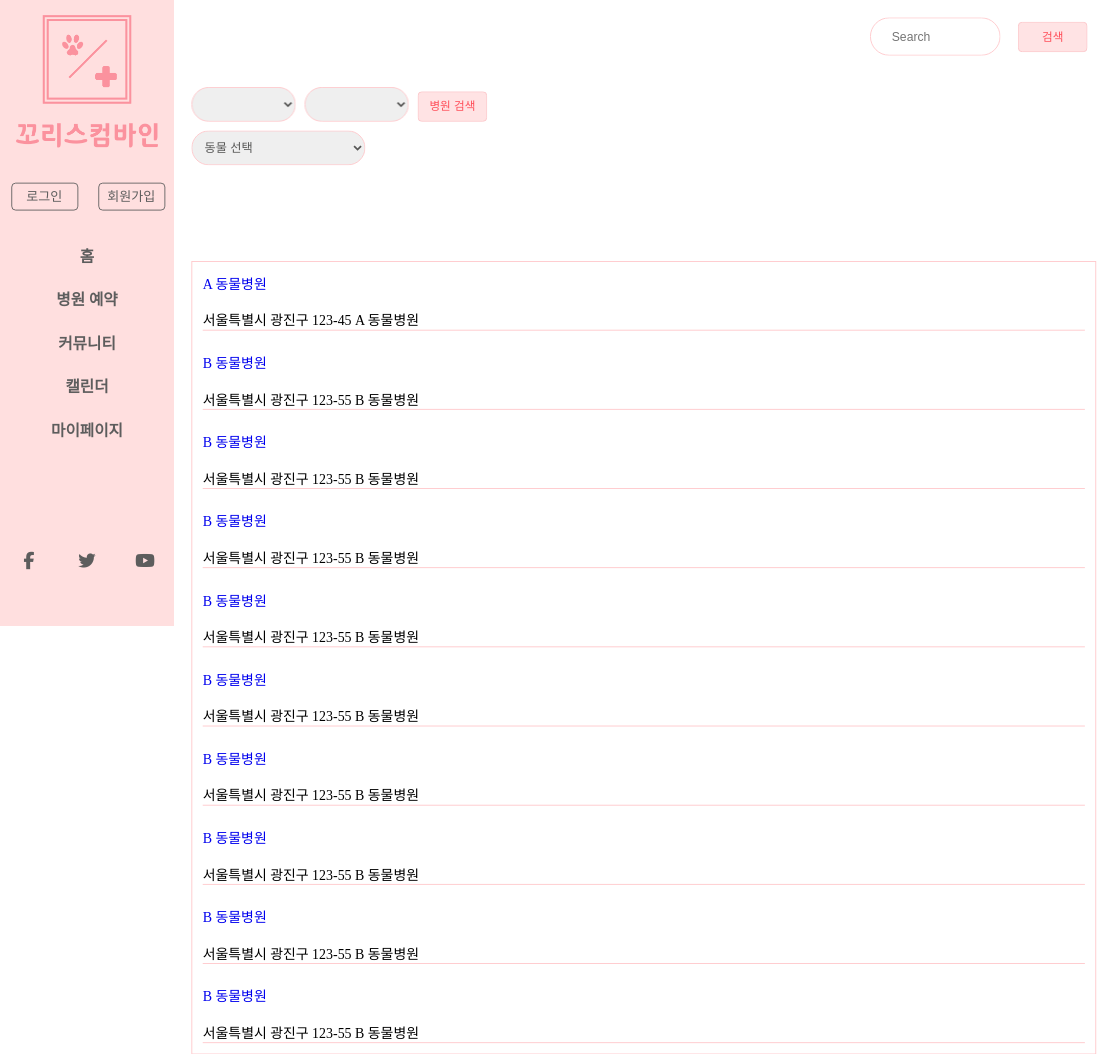
Repository: dodnam/kkoris
Page: http://localhost/1_kkoris/reservation1.jsp
The author's editor kept a copy of each file at every save. The page is drawn from the files as they stood at one save, then again after the next save.
The browser window is 1280 px wide. The pictures show the whole page, at 87% of full size.
Some web libraries are served in a nearby version. The page is served by Tomcat 9.

Above is the page before, as saved 2020-02-17 02:13:18.
Console error: TypeError: Cannot read properties of undefined (reading 'options')

### 1_kkoris/WebContent/reservation1.jsp
<%@ page language="java" contentType="text/html; charset=UTF-8"
    pageEncoding="UTF-8"%>
<!DOCTYPE html>
<html>
<head>
<meta charset="UTF-8">
<title>Insert title here</title>
<link rel="stylesheet" type="text/css" href="<%= request.getContextPath() %>/css/index.css"/>
<style>
	.search_input{width: 150px; padding: 12px 24px; font-size: 14px; line-height: 18px; color: #575756; background-size: 18px 18px; border-radius: 50px; backface-visibility: hidden; border: 1px solid #ffc6c9;position: fixed; right:130px; top: 20px; outline:none;}
   .search_box1{line-height: 30px; text-align: center; background-color: #ffe3e4; color:#ff4e59;border: 1px solid #fcc6c9; border-radius: 5px; width: 80px; height: 35px;  position: fixed;right: 30px; top: 25px; outline:none;}
   	#city{width: 120px; padding: 10px; font-size: 14px; line-height: 18px; color: #575756;background-size: 18px 10px; border-radius: 50px; border: 1px solid #ffc6c9;position: fixed; top: 100px; left:220px; outline:none;}
   	#gugun{width: 120px; padding: 10px; font-size: 14px; line-height: 18px; color: #575756;background-size: 18px 10px; border-radius: 50px; border: 1px solid #ffc6c9;position: fixed; top: 100px; left: 350px; outline:none;}
   	.search_box2{line-height: 30px; text-align: center; background-color: #ffe3e4; color:#ff4e59;border: 1px solid #fcc6c9; border-radius: 5px; width: 80px; height: 35px;  position: fixed;left: 480px; top: 105px; outline:none;}
   	.search_animal{width: 200px; padding: 10px; font-size: 14px; line-height: 18px; color: #575756;background-size: 18px 10px; border-radius: 50px; border: 1px solid #ffc6c9;position: fixed; top: 150px; left:220px; outline:none;}
   	.medical_departments{width: 200px; padding: 10px; font-size: 14px; line-height: 18px; color: #575756;background-size: 18px 10px; border-radius: 50px; border: 1px solid #ffc6c9;position: fixed; top: 200px; left:220px; outline:none;}
   	.hospital_list{border:1px solid #ffc6c9; overflow: auto; left:220px; right: 20px; bottom:50px;margin-top:300px; margin-left:20px; margin-right:20px;}
   	.hospital_list>ul>li{padding:12px;}
   	.hospital_list>ul>li::after{content: ''; display:block; border-bottom: 1px solid #ffc6c9; width:100%;}
   	.selectMenu dd:last-of-type>ul{display:none; position: absolute;background:#fff;}
   	.selectMenu dd:last-of-type.on>ul{display:block; padding: 10px 0;}
   	.selectMenu dd:last-of-type>ul>li{color:#ff4e59;}
   	.selectMenu dd:last-of-type>ul>li>ul{padding: 0 8px;}

</style>
	<script type="text/javascript">

		   // 지역 선택

		   var f_selbox = ["서울특별시","인천광역시","대전광역시","광주광역시","대구광역시","울산광역시","부산광역시","경기도","강원도","충청북도","충청남도","전라북도","전라남도","경상북도","경상남도","제주도"];
		   var s_selbox = new Array();
		   s_selbox[0] = ["강남구","강동구","강북구","강서구","관악구","광진구","구로구","금천구","노원구","도봉구","동대문구","동작구","마포구","서대문구","서초구","성동구","성북구","송파구","양천구","영등포구","용산구","은평구","종로구","중구","중랑구"];
		   s_selbox[1] = ["계양구","남구","남동구","동구","부평구","서구","연수구","중구","강화군","옹진군"];
		   s_selbox[2] = ["대덕구","동구","서구","유성구","중구"];
		   s_selbox[3] = ["광산구","남구","동구",     "북구","서구"];
		   s_selbox[4] = ["남구","달서구","동구","북구","서구","수성구","중구","달성군"];
		   s_selbox[5] = ["남구","동구","북구","중구","울주군"];
		   s_selbox[6] = ["강서구","금정구","남구","동구","동래구","부산진구","북구","사상구","사하구","서구","수영구","연제구","영도구","중구","해운대구","기장군"];
		   s_selbox[7] = ["고양시","과천시","광명시","광주시","구리시","군포시","김포시","남양주시","동두천시","부천시","성남시","수원시","시흥시","안산시","안성시","안양시","양주시","오산시","용인시","의왕시","의정부시","이천시","파주시","평택시","포천시","하남시","화성시","가평군","양평군","여주군","연천군"];
		   s_selbox[8] = ["강릉시","동해시","삼척시","속초시","원주시","춘천시","태백시","고성군","양구군","양양군","영월군","인제군","정선군","철원군","평창군","홍천군","화천군","횡성군"];
		   s_selbox[9]= ["제천시","청주시","충주시","괴산군","단양군","보은군","영동군","옥천군","음성군","증평군","진천군","청원군"];
		   s_selbox[10] = ["계룡시","공주시","논산시","보령시","서산시","아산시","천안시","금산군","당진군","부여군","서천군","연기군","예산군","청양군","태안군","홍성군"];
		   s_selbox[11] = ["군산시","김제시","남원시","익산시","전주시","정읍시","고창군","무주군","부안군","순창군","완주군","임실군","장수군","진안군"];
		   s_selbox[12] = ["광양시","나주시","목포시","순천시","여수시","강진군","고흥군","곡성군","구례군","담양군","무안군","보성군","신안군","영광군","영암군","완도군","장성군","장흥군","진도군","함평군","해남군","화순군"];
		   s_selbox[13] = ["경산시","경주시","구미시","김천시","문경시","상주시","안동시","영주시","영천시","포항시","고령군","군위군","봉화군","성주군","영덕군","영양군","예천군","울릉군","울진군","의성군","청도군","청송군","칠곡군"];
		   s_selbox[14] = ["거제시","김해시","마산시","밀양시","사천시","양산시","진주시","진해시","창원시","통영시","거창군","고성군","남해군","산청군","의령군","창녕군","하동군","함안군","함양군","합천군"];
		   s_selbox[15] = ["서귀포시","제주시","남제주군","북제주군"];

 		function init(f){
 			var f_sel = f.first;
 			var s_sel = f.second;

 			f_sel.options[0] = new Option(":: 시/도 ::", "");
 			s_sel.options[0] = new Option(":: 구/군 ::", "");

 			for(var i = 0; i < f_selbox.length; i++){
 				f_sel.options[i+1] = new Option(f_selbox[i], f_selbox[i]);
 			}
 		}
 		function initChange(f){
 			var f_sel = f.first;
 			var s_sel = f.second;

 			var sel = f_sel.selectedIndex;
 			for(var i = s_sel.length; i >= 0; i--){
 				s_sel.options[i] = null;
 			}

 			s_sel.options[0] = new Option(":: 시/도 ::", "");

 			if(sel != 0){
 				for(var i = 0; i < s_selbox[sel-1].length; i++){
 					s_sel.options[i+1] = new Option(s_selbox[sel-1][i], s_selbox[sel-1][i]);
 				}
 			}
 		}

 		</script>

</head>
<body onload = "init(this.form);">
	<%@ include file="views/layout.jsp" %>

	<div class="container">
		<div>
			<input class="search_input" type="search" placeholder="Search">
			<button class="search_box1">검색</button>
		</div>
		<form name="form">
			<select id="city" onchange="initChange(this.form);"></select>
			<select id="gugun"></select>
		</form>
		<div >
			<button class="search_box2">병원 검색</button>
		</div>
		<div>
			<select class="search_animal">
				<option>동물 선택</option>
				<option>동물 선택</option>
				<option>동물 선택</option>
			</select>
		</div>
		<div class="selectMenu">
		<dl>
			<dd>
				<ul>
					<li>건강검진
						<ul>
							<li>기초 종합검진</li>
							<li>복합 종합검진</li>
						</ul>
					</li>
					<li>혈액검사
						<ul>
							<li>기초 혈액검사</li>
						</ul>
					</li>
					<li>안과검진
						<ul>
							<li>기초 안과검진</li>
						</ul>
					</li>
					<li>예방접종
						<ul>
							<li>코로나</li>
							<li>켄넬로프</li>
							<li>반려견 종합백신</li>
							<li>광견병</li>
							<li>인플루엔자</li>
							<li>반려묘 종합백신</li>
							<li>항체가검사</li>
						</ul>
					</li>
					<li>치과
						<ul>
							<li>스케일링</li>
							<li>발치</li>
						</ul>
					</li>
					<li>피부과
						<ul>
							<li>곰팡이균 검사</li>
							<li>알러지 검사</li>
						</ul>
					</li>
					<li>키트검사
						<ul>
							<li>심장사상충 검사</li>
							<li>혈액형 검사</li>
						</ul>
					</li>
					<li>내시경
						<ul>
							<li>위 내시경</li>
						</ul>
					</li>
					<li>초음파
						<ul>
							<li>초음파</li>
						</ul>
					</li>
					<li>중성화 수술
						<ul>
							<li>수컷</li>
							<li>암컷</li>
							<li>잠복고환</li>
						</ul>
					</li>
					<li>기타
						<ul>
							<li>기타</li>
						</ul>
					</li>
				</ul>
			</dd>
		</dl>
		</div>
		<div class="hospital_list">
			<ul>
				<li>
					<a href="#">
						A 동물병원
					</a><br><br>
					서울특별시 광진구 123-45 A 동물병원
				</li>
				<li>
					<a href="#">
						B 동물병원
					</a><br><br>
					서울특별시 광진구 123-55 B 동물병원<br>
				</li>
				<li>
					<a href="#">
						B 동물병원
					</a><br><br>
					서울특별시 광진구 123-55 B 동물병원<br>
				</li>
				<li>
					<a href="#">
						B 동물병원
					</a><br><br>
					서울특별시 광진구 123-55 B 동물병원<br>
				</li>
				<li>
					<a href="#">
						B 동물병원
					</a><br><br>
					서울특별시 광진구 123-55 B 동물병원<br>
				</li>
				<li>
					<a href="#">
						B 동물병원
					</a><br><br>
					서울특별시 광진구 123-55 B 동물병원<br>
				</li>
				<li>
					<a href="#">
						B 동물병원
					</a><br><br>
					서울특별시 광진구 123-55 B 동물병원<br>
				</li>
				<li>
					<a href="#">
						B 동물병원
					</a><br><br>
					서울특별시 광진구 123-55 B 동물병원<br>
				</li>
				<li>
					<a href="#">
						B 동물병원
					</a><br><br>
					서울특별시 광진구 123-55 B 동물병원<br>
				</li>
				<li>
					<a href="#">
						B 동물병원
					</a><br><br>
					서울특별시 광진구 123-55 B 동물병원<br>
				</li>
			</ul>
		</div>

	</div>
</body>
</html>

### 1_kkoris/WebContent/views/layout.jsp
<%@ page language="java" contentType="text/html; charset=UTF-8"
    pageEncoding="UTF-8"%>
<!DOCTYPE html>
<html>
<head>
<meta charset="UTF-8">
<title>Insert title here</title>
<link href="https://fonts.googleapis.com/css?family=Noto+Sans+KR&display=swap" rel="stylesheet">
<script src="https://kit.fontawesome.com/18fd811fa1.js" crossorigin="anonymous"></script> <!-- sns아이콘 -->
<link rel="stylesheet" type="text/css" href="<%= request.getContextPath() %>/css/layout.css"/> <!-- 작성할 css를 연결 -->
</head>
<body>
	<header><!-- 헤더 -->
		<h1 class="logo"></h1>
		<nav>
      		<div class="login">
	        	<div><a href="#">로그인</a></div>
	        	<div><a href="#">회원가입</a></div>
	      	</div>
	      	<ul id="navigator">
	        	<li id="nav-home">
	         		<a href="#"><span>홈</span></a>
	         	</li>
	         	<li id="nav-hospital">
	         		<span>병원 예약</span>
         			<ul class="nav2-hospital" id="nav2-hospital">
         				<li><a href="#">병원 검색</a></li>
	         			<li><a href="#">예약 확인</a></li>
	         			<li><a href="#">병원 후기</a></li>
         			</ul>
	         	</li>
	         	<li id="nav-community">
	         		<span>커뮤니티</span>
         			<ul class="nav2-community" id="nav2-community">
	         			<li><a href="#">공지사항</a></li>
	         			<li><a href="#">후기 모아보기</a></li>
	         			<li><a href="#">지식 공유</a></li>
         			</ul>
	         	</li>
	         	<li id="nav-calendar">
	         		<a href="#"><span>캘린더</span></a>
	         	</li>
	         	<li id="nav-mypage">
	         		<span>마이페이지</span>
	         		<ul class="nav2-mypage" id="nav2-mypage">
		         		<li><a href="#">내 정보</a></li>
		         		<li><a href="#">예약 조회</a></li>
		         		<li><a href="#">포인트샵</a></li>
		         		<li><a href="#">내가 쓴 글 조회</a></li>
	         		</ul>
	         	</li>
	      	</ul>
		<dl>
	    	<dt class="blind">sns</dt>
	        <dd><a href="#"><i class="fab fa-facebook-f"></i></a></dd>
	        <dd><a href="#"><i class="fab fa-twitter"></i></a></dd>
	        <dd><a href="#"><i class="fab fa-youtube"></i></a></dd>
		</dl>
		</nav>
	</header>
	<footer></footer>
</body>
</html>

### 1_kkoris/WebContent/css/index.css
@charset "UTF-8";
/* 컨테이너 */
div.container{position: absolute; top:0; left:0; padding-left:200px; height:100%; width:100%; box-sizing:border-box;}
/* 섹션이 현재 1개이기 때문에 100% 2개면 200%, 3개면 300% */
/* 참고	section:nth-of-type(1) {section 중 첫번째 section에 접근} */
section.main {position:relative; height:100%; width:100%; background: url(../images/main-bg.jpg) no-repeat center center; background-size: contain;}
section.main > article.quickMenu > ul {position: absolute; top:calc(50% - 50px); left:calc(50% - 25%); width: 50%; height: 100px; display: flex;}
section.main > article.quickMenu {position: relative; width: 100%; height: 100%; background: rgba(0, 0, 0, 0.2);}
section.main > article.quickMenu > ul > li {width: 25%; height:100px;}
section.main > article.quickMenu > ul > li > a {color: #5d5d5d; display:block; font-size: 5em; text-align:center;}
section.main > article.quickMenu > ul > li > a > span {display: block; font-size: 15px;}
section.main > article.quickMenu > ul > li > a:hover {color: #fb929e;}

### 1_kkoris/WebContent/css/layout.css
@charset "UTF-8";
* {margin: 0; padding: 0;}
html, body {width: 100%;height: 100%}
table{border-collapse: collapse;}
img,fieldset{border: none;}
address,caption,cite,code,em,strong,th{font-style: normal;font-weight: normal;}
ol,ul{list-style: none;}
capthion,th{text-align: left;}
h1,h2,h3,h4,h5,h6{font-weight: normal;font-size: 100%;}
q:after,q:before{content: "";}
abbr,acronym{border:none;} /* 축약어 */
img,input,select{vertical-align: middle;}
hr{display: none;}
html,body{width: 100%;height: 100%}
a {text-decoration: none;}
header {position: fixed; width: 200px; height: 100%; background: #ffdfdf; z-index: 30;}
.blind{position: absolute;left: 0;top: 0;width: 0;height: 0;font-size: 0;line-height: 0;text-indent: -9999px;overflow: hidden;visibility: hidden;}
.displaynone{display: none;}

h1.logo {
	text-indent: -9999px; overflow: hidden; width: 180px; height: 180px;
	margin: 10px auto; /* auto는 중앙에 놓음 */
	background: url(../images/logo.png) no-repeat; background-size: contain; /*contain = h1 사이즈에 맞춤*/
}

.login {display: flex; justify-content:space-around; font-size: 15px;}
				/*블락요소로 가로 정렬 함*/
.login > div {width: 75px; height: 30px;} /* 위 아래 마진, 좌 우 마진*/
.login > div > a {display: block; width: 100%; height: 100%; line-height: 30px; text-align: center; border: 1px solid #5d5d5d; border-radius: 5px;}
.login > div > a:hover {color: #fb929e; border: none; background: #fff6f6; font-weight: 600}

/* 메뉴바 */
nav {margin-top: 20px;}
nav * {color: #5d5d5d;}
nav > ul {margin-top: 30px; text-align: center;}
nav > ul > li {width: 100%;}
nav > ul > li:hover {background: #fff6f6;}
nav > ul > li span {display:block; width: 100%; height: 100%; line-height: 50px; font-size: 18px; font-weight: 600; border-radius: 10px; cursor: pointer;}
nav > ul > li span:hover {color: #fb929e;}

nav > ul > li > ul[class^=nav2] {display: none;}
nav > ul > li > ul[class^=nav2] > li > a {display: block; line-height: 40px; font-size: 16px;}
nav > ul > li > ul[class^=nav2] > li > a:hover {color: #fb929e; font-weight: 600;}

nav > ul > li:hover > ul[class^=nav2] {display: block;}

/* sns */
nav > dl {position:absolute; bottom:50px; width:100%; height:50px; display:flex; justify-content:space-around;}
nav > dl > dd {width:50px; text-align:center;}
nav > dl > dd > a {display: block; width: 100%; height:100%; font-size:20px; line-height:50px; transition:all 0.2s ease 0s;}
nav > dl > dd > a:hover {font-size:25px;}

After the next save:
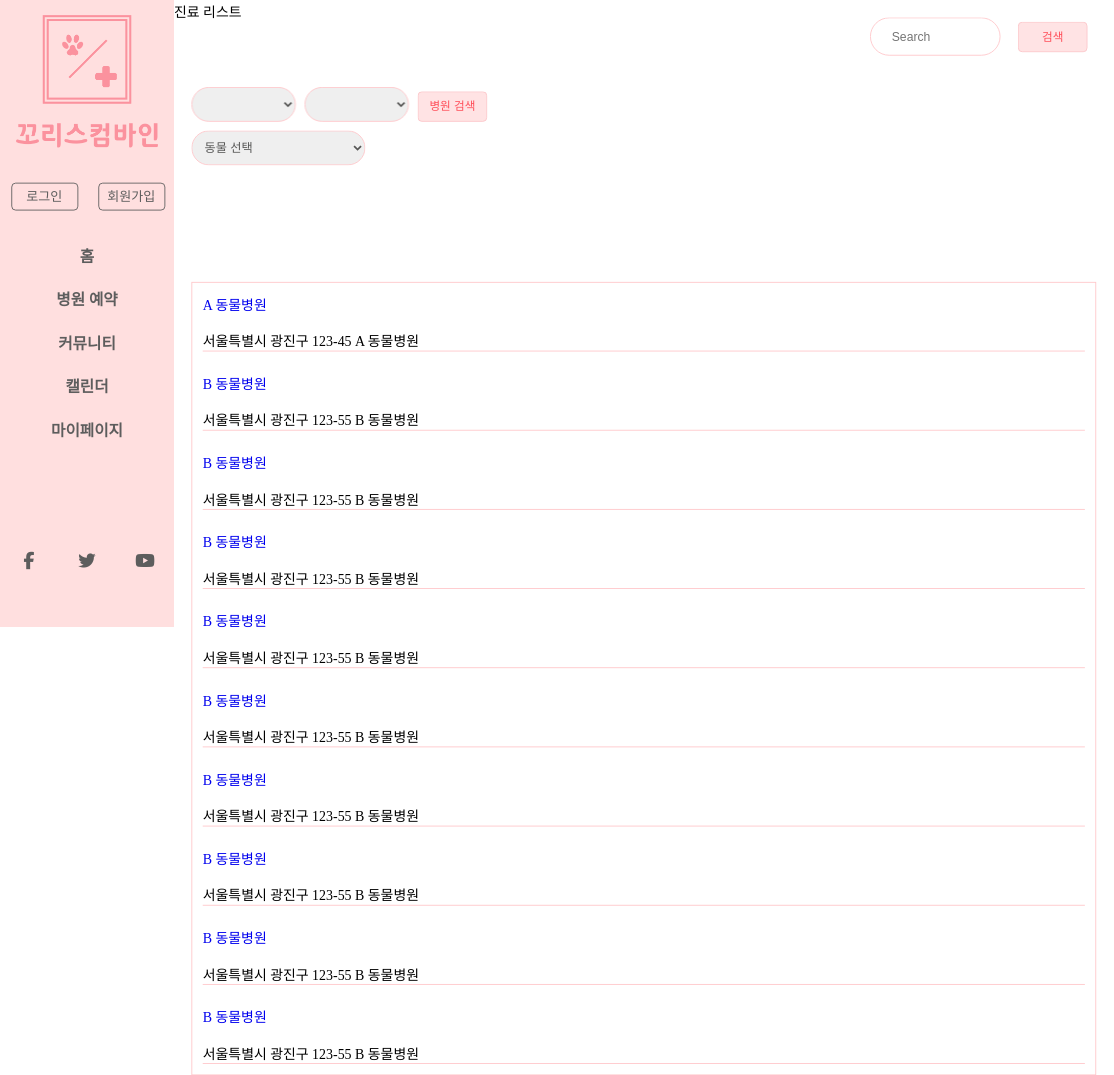
Saved 38 s later.
--- a/1_kkoris/WebContent/reservation1.jsp
+++ b/1_kkoris/WebContent/reservation1.jsp
@@ -102,7 +102,7 @@
 		</div>
 		<div class="selectMenu">
 		<dl>
-			<dd>
+			<dd><a>진료 리스트</a>
 				<ul>
 					<li>건강검진
 						<ul>
